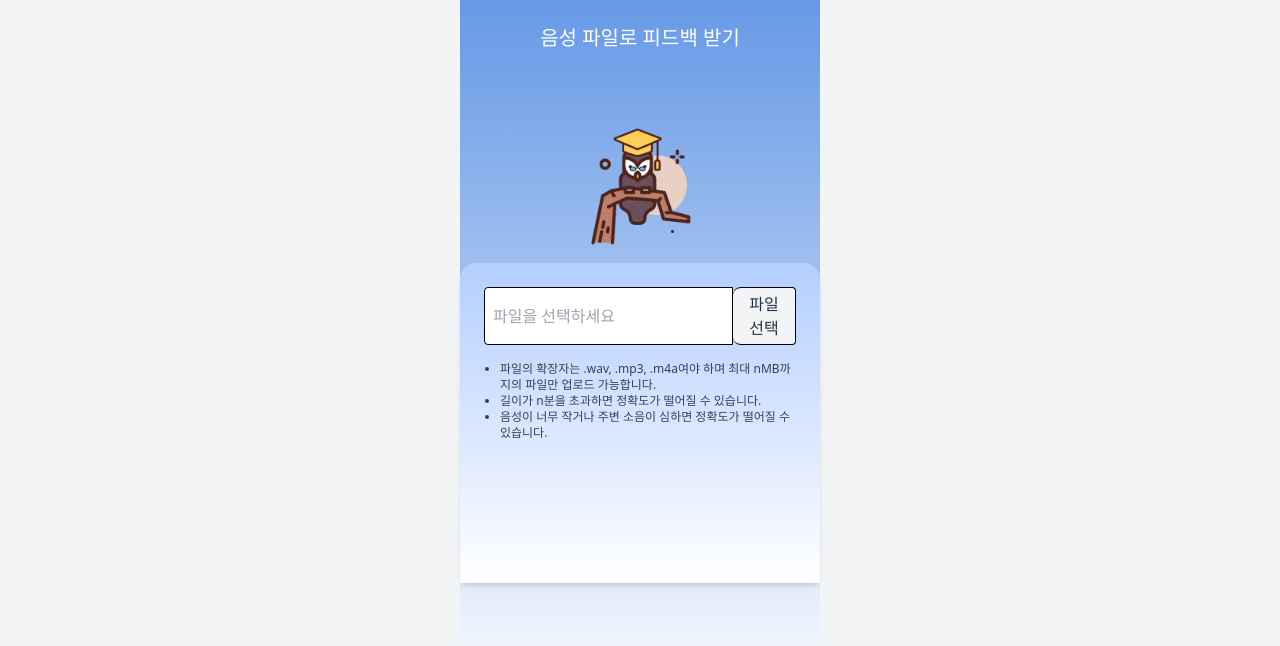
Repository: yurim1205/mini_front
Page: /file (app in frontend/)
An editor plug-in stored every save of this project. The page is shown before and after the next save, followed by the edit.
The browser window is 1280 px wide. The pictures show the whole page.
The project was rebuilt for these pictures with package versions that can differ from the ones it lists, and the page was loaded fresh each time. Also part of the build but not shown: frontend/vite.config.js, frontend/src/components/common/Button.jsx, frontend/src/components/buttons/fileFeedbackBtn.jsx, frontend/src/components/buttons/rec_FeedbackBtn.jsx, frontend/src/pages/home.jsx, frontend/src/pages/recordFeedback.jsx.

Above is the page before, as saved 2025-05-14 09:35:53.

After the next save:
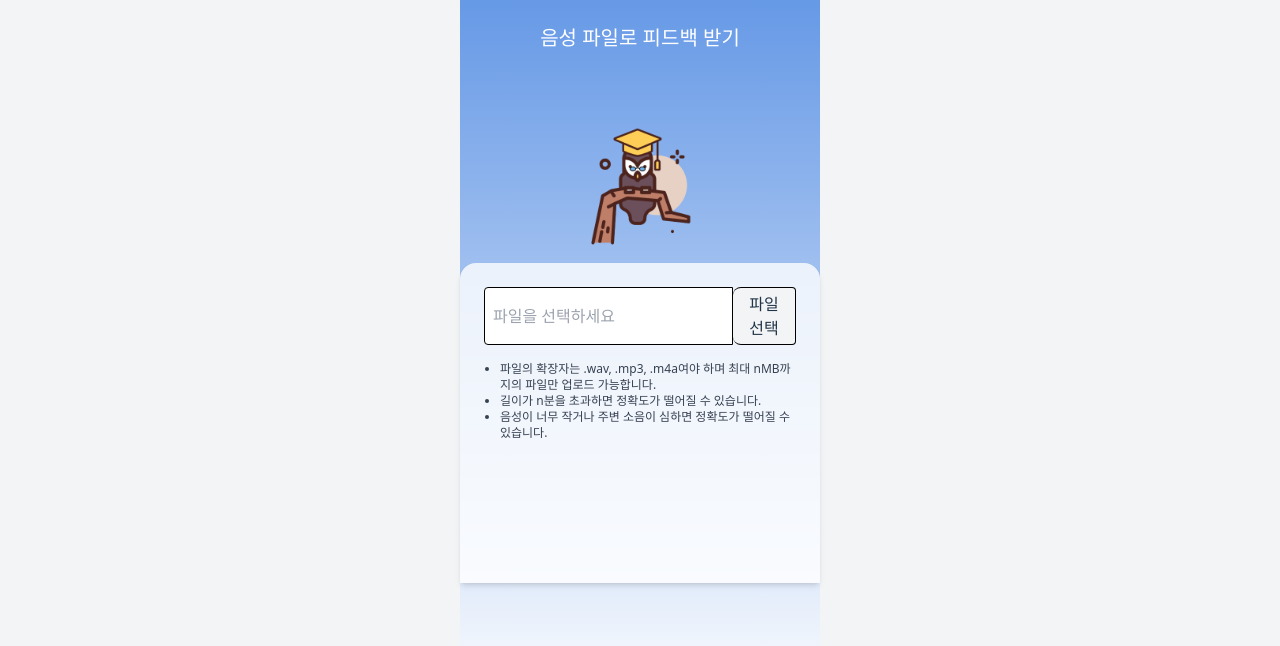
Saved 68 s later.
--- a/frontend/src/pages/fileFeedback.jsx
+++ b/frontend/src/pages/fileFeedback.jsx
@@ -25,10 +25,7 @@
         />
 
         <div
-          className="rounded-t-2xl rounded-b-none shadow-md w-full px-6 py-6 mt-2 flex flex-col items-center min-h-[320px]"
-          style={{
-            background: "linear-gradient(to bottom, #b3cfff 0%, #e0eaff 60%, #fff 100%)"
-          }}
+          className="rounded-t-2xl rounded-b-none shadow-md w-full px-6 py-6 mt-2 flex flex-col items-center min-h-[320px] bg-white bg-opacity-80"
         >
           {/* 파일 업로드 부분 */}
           <div className="flex w-full mb-4">

After the save that followed:
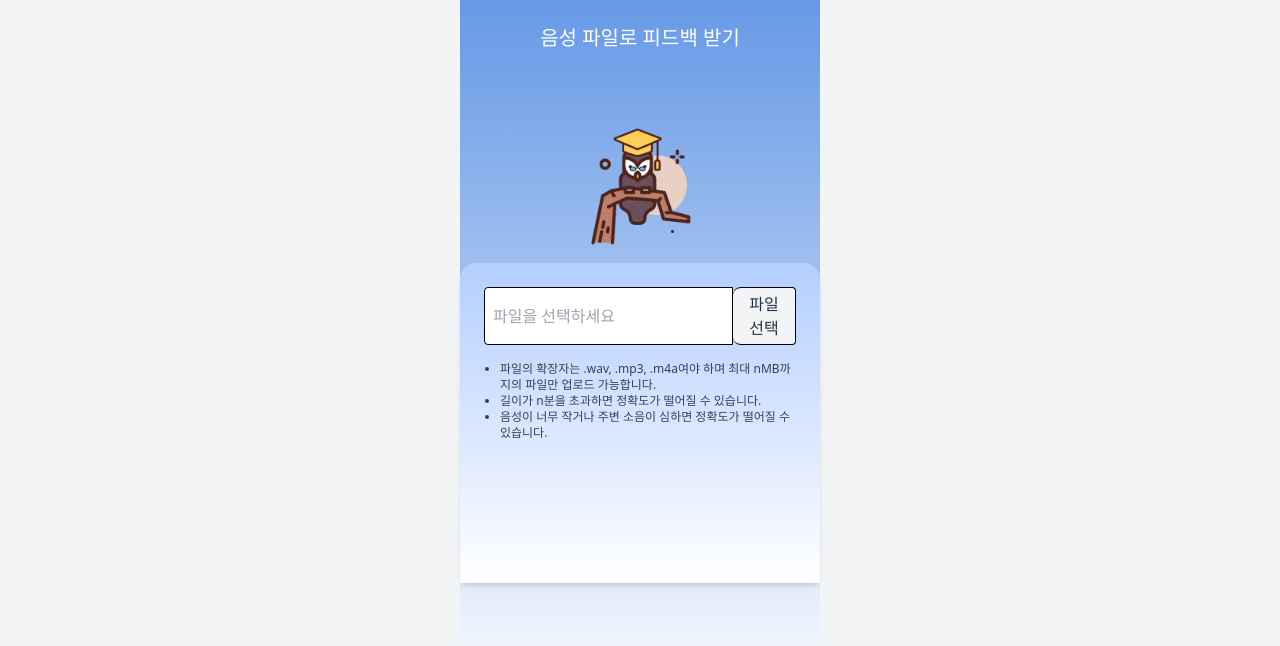
Saved 8 s later.
--- a/frontend/src/pages/fileFeedback.jsx
+++ b/frontend/src/pages/fileFeedback.jsx
@@ -25,7 +25,10 @@
         />
 
         <div
-          className="rounded-t-2xl rounded-b-none shadow-md w-full px-6 py-6 mt-2 flex flex-col items-center min-h-[320px] bg-white bg-opacity-80"
+          className="rounded-t-2xl rounded-b-none shadow-md w-full px-6 py-6 mt-2 flex flex-col items-center min-h-[320px]"
+          style={{
+            background: "linear-gradient(to bottom, #b3cfff 0%, #e0eaff 60%, #fff 100%)"
+          }}
         >
           {/* 파일 업로드 부분 */}
           <div className="flex w-full mb-4">
